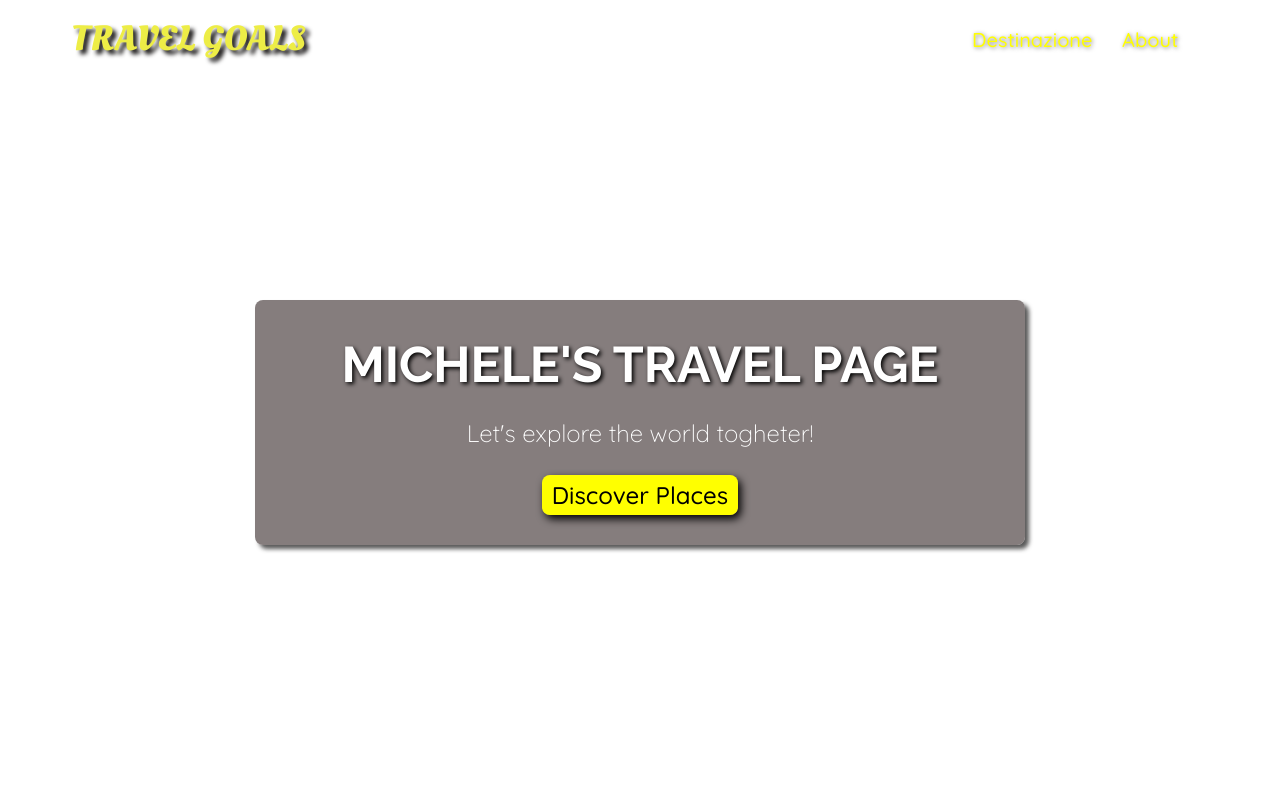
Repository: MicTomm/Travel-Goals
Page: index.html
An editor plug-in stored every save of this project. The page is shown before and after the next save, followed by the edit.
The browser window is 1280 px wide. The pictures show the whole page.

Above is the page before, as saved 2023-06-04 12:27:59.
Not found: code/images/places/ocean.jpg

### index.html
<!DOCTYPE html>
<html lang="it">

<head>
    <meta charset="UTF-8">
    <title>Travel Goals</title>
    <link rel="stylesheet"
        href="https://fonts.googleapis.com/css2?family=Raleway:wght@700&family=Oleo+Script:wght@700&family=Quicksand:wght@300;500&display=swap">
    <link href="styles/shared.css" rel="stylesheet">
    <link href="styles/main-page-style.css" rel="stylesheet">
</head>

<body>
    <header>
        <div id="logo">
            <a href="/index.html">Travel Goals</a>
        </div>
        <nav>
            <ul>
                <li><a href="/places.html">Destinazione</a></li>
                <li><a href="">About</a></li>
            </ul>
        </nav>
    </header>
    <main>
        <section id="hero-image-section">
            <div id="div-section1">
                <h1>Michele's Travel Page</h1>
                <p>Let's explore the world togheter!</p>
                <a href="/places.html">Discover Places</a>
            </div>
        </section>
        <section id="highlights">

        </section>
    </main>
    <footer></footer>
</body>

</html>

### styles/shared.css
body{
    margin: 0px;
    font-family: 'Quicksand', sans-serif;
}

#logo a{
    font-family: 'Oleo script', sans-serif;
    font-size: 35px;
    text-decoration: none;
    color: rgb(237, 237, 70);
    text-shadow: 4px 4px 4px rgb(31, 29, 29);
    text-transform: uppercase;
}

#logo a:hover{
    background-color: transparent;
    padding: 0px;
    border: 0px none transparent;
}

### styles/main-page-style.css
header {
    display: flex;
    justify-content: space-between;
    align-items: center;
    padding: 15px 60px;
    position: absolute;
    width: 100%;
    box-sizing: border-box;
}

ul {
    list-style: none;
    padding: 0px;
    margin: 0px;
}

header ul {
    margin: 10px;
    display: flex;
    justify-content: space-between;
    width: 250px;
}

header li {
    width: 100px;
}

header a{
    font-size: 20px;
    text-decoration: none;
    color: yellow;
    text-shadow: 1px 1px 4px rgba(0, 0, 0, 0.5);
    padding: 12px;
}

header a:hover{
    background-color: yellow;
    box-shadow: 2px 2px 4px rgba(0, 0, 0, 0.5);
    color: black;
    text-shadow: 4px 4px 8px rgb(255, 255, 255);
    border-radius: 8px;
}

#hero-image-section {
    text-align: center;
    background-image: url("/code/images/places/ocean.jpg");
    background-position: center;
    background-size: cover;
    height: 800px;
    /* padding-top: 100px; (alternativa per spostare div-section1 più in basso)*/
}

#div-section1 {
    background-color: rgba(82, 70, 70, 0.7);
    box-shadow: 4px 4px 4px rgba(18, 18, 18, 0.7);
    width: 700px;
    margin: 0px auto;
    padding: 35px;
    border-radius: 8px;
    position: relative;
    top: 300px;
}

#div-section1 h1 {
    font-size: 50px;
    color: white;
    font-family: 'Raleway', sans-serif;
    text-shadow: 2px 2px 4px black;
    text-transform: uppercase;
    margin: 0px;
}

#div-section1 p {
    color: white;
    font-size: 24px;
    font-weight: 300;
    margin-bottom: 32px;
}

#div-section1 a{
 font-size: 24px;
 text-decoration: none;
 color: black;
 border-radius: 8px;
 background-color: yellow;
 padding: 5px 10px;
 box-shadow: 3px 4px 8px black;
}

#div-section1 a:hover{
    background-color: greenyellow;
    text-shadow: 1px 1px 2px rgba(0, 0, 0, 0.5);
}

After the next save:
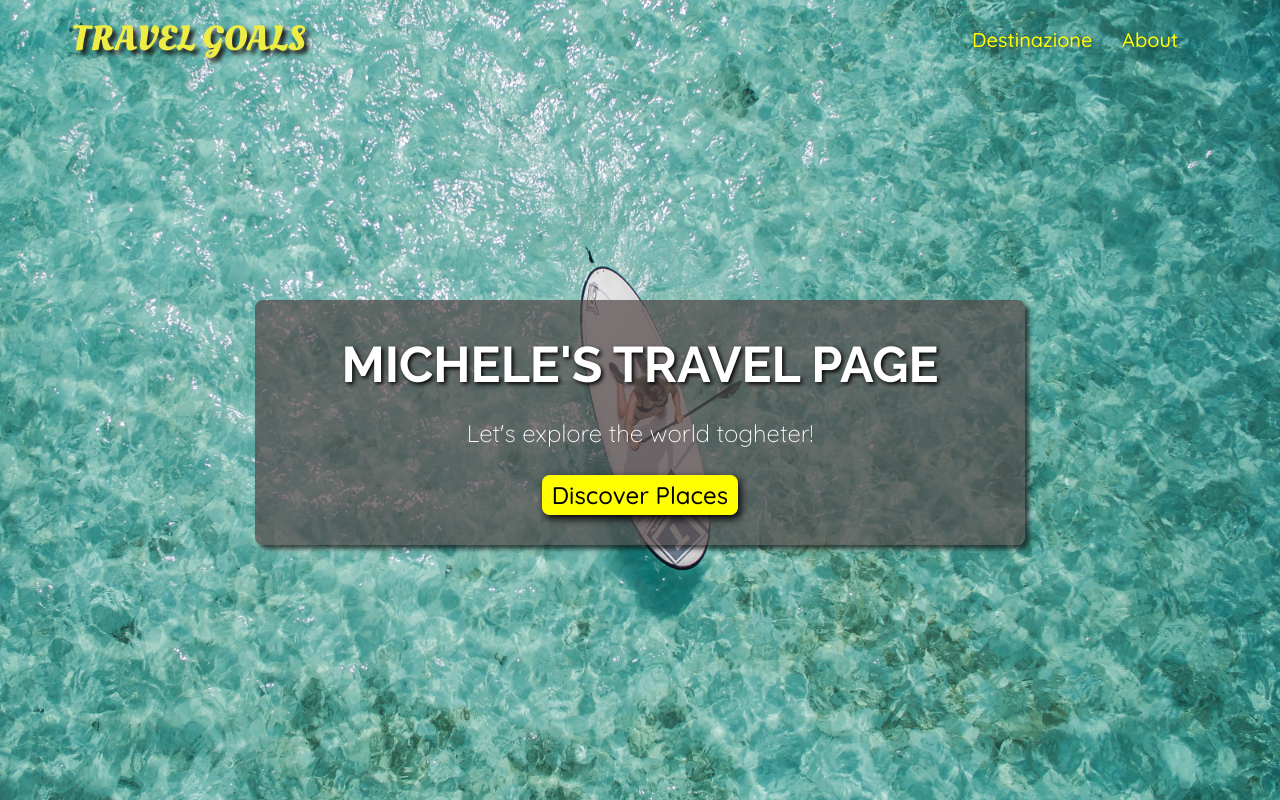
Saved 6 min 13 s later.
--- a/styles/main-page-style.css
+++ b/styles/main-page-style.css
@@ -43,7 +43,7 @@ header a:hover{
 
 #hero-image-section {
     text-align: center;
-    background-image: url("/code/images/places/ocean.jpg");
+    background-image: url("/images/places/ocean.jpg");
     background-position: center;
     background-size: cover;
     height: 800px;
